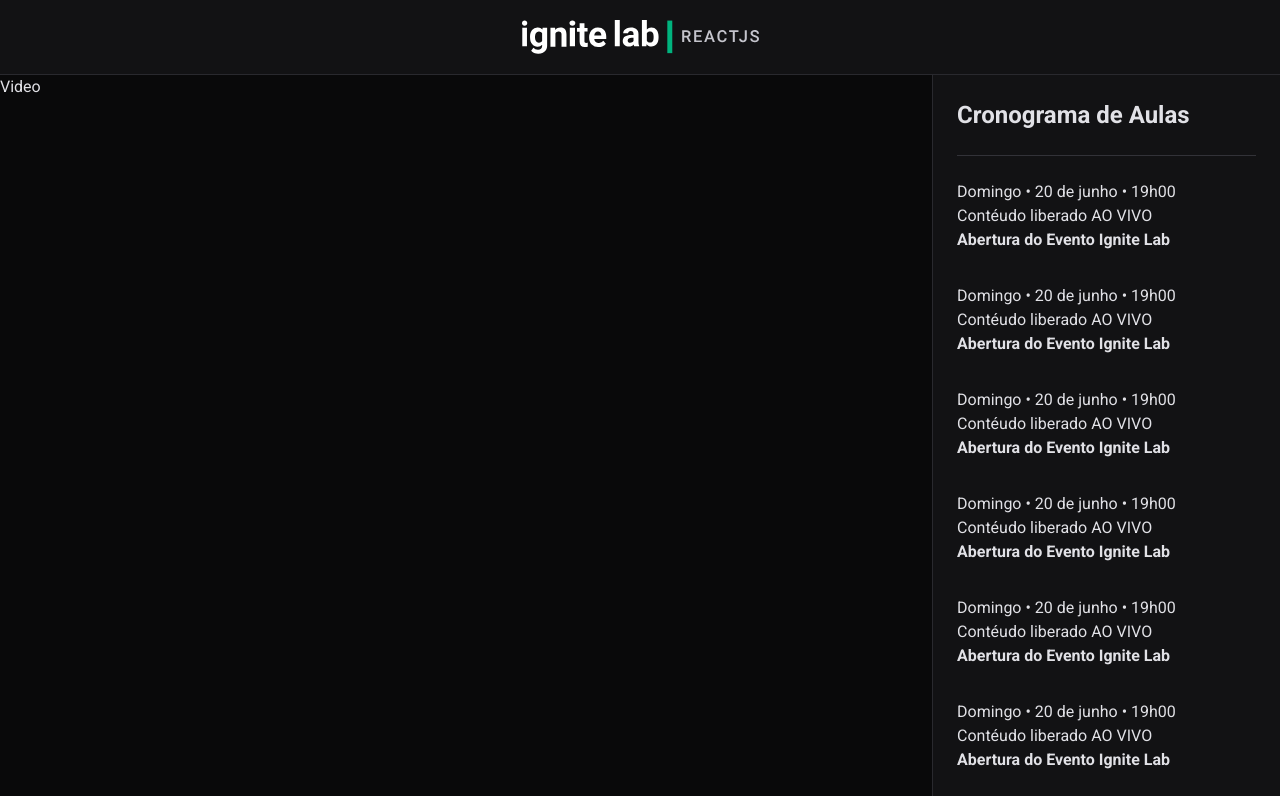
Repository: guilhermecardoso93/ignitelab
Page: /event
An editor plug-in stored every save of this project. The page is shown before and after the next save, followed by the edit.
The browser window is 1280 px wide. The pictures show the whole page.
The project was rebuilt for these pictures with package versions that can differ from the ones it lists, and the page was loaded fresh each time. Also part of the build but not shown: vite.config.ts.

Above is the page before, as saved 2022-06-22 11:43:45.

After the next save:
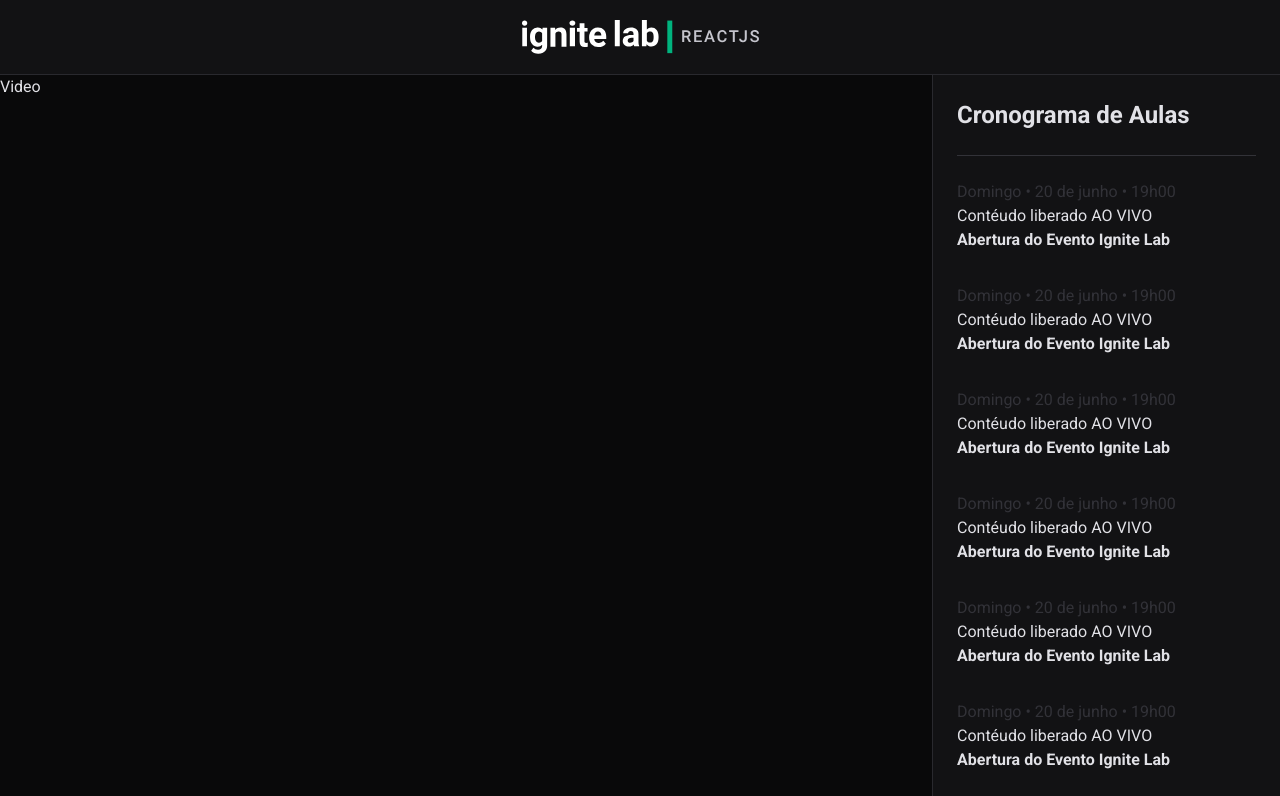
Saved 47 s later.
--- a/src/components/Lesson/index.tsx
+++ b/src/components/Lesson/index.tsx
@@ -1,15 +1,14 @@
 export function Lesson() {
   return (
     <a href="#">
-      <span>Domingo • 20 de junho • 19h00</span>
+      <span className='text-gray-500'>
+        Domingo • 20 de junho • 19h00</span>
       <div>
         <header>
           <span>Contéudo liberado </span>
           <span> AO VIVO </span>
         </header>
-        <strong>
-          Abertura do Evento Ignite Lab
-        </strong>
+        <strong>Abertura do Evento Ignite Lab</strong>
       </div>
     </a>
   );
